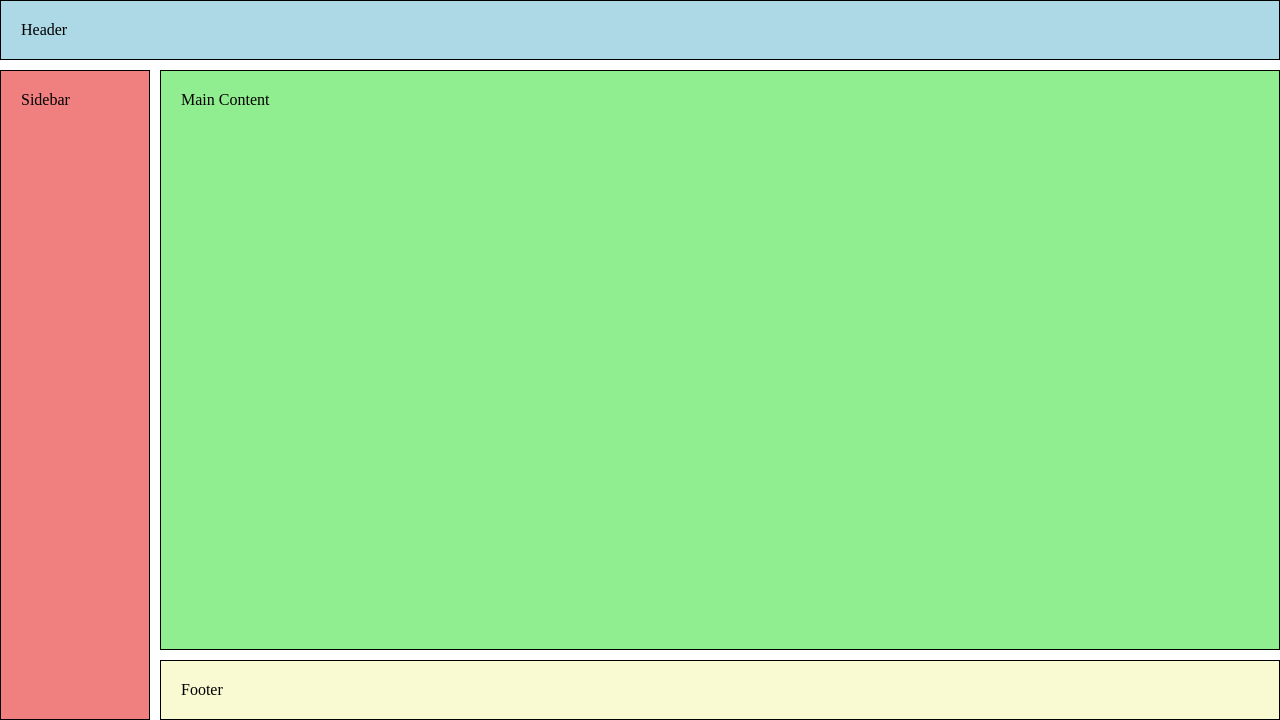
Repository: gustavotwist/desafio-grid
Page: assets/index.html
These files come from the project's save history. The page is drawn as it stood at one moment and after a run of saves; the edit follows.
The browser window is 1280 px wide. The pictures show the whole page.

Above is the page before, as saved 2024-08-13 19:35:19.

### assets/index.html
<!DOCTYPE html>
<html lang="pt-BR">
<head>
    <meta charset="UTF-8">
    <meta name="viewport" content="width=device-width, initial-scale=1.0">
    <title>Desafio Grid</title>
    <link rel="stylesheet" href="css/style.css">
</head>
<body>
    <div class="container">
        <header>Header</header>
        <main class="content">Main Content</main>
        <aside>Sidebar</aside>
        <footer>Footer</footer>
    </div>

</body>
</html>

### assets/css/style.css
html, body {
    height: 100%;
    margin: 0;
}

.container {
    display: grid;
    height: 100%;
    grid-template-columns: 150px 1fr 1fr 1fr;
    grid-template-rows: auto 1fr auto;
    grid-template-areas:
        "header header header header"
        "sidebar main main main"
        "sidebar footer footer footer";
    gap: 10px; /* Espaçamento entre os itens */
}

header {
    grid-area: header;
    background-color: lightblue;
}
aside {
    grid-area: sidebar;
    background-color: lightcoral;
}
main {
    grid-area: main;
    background-color: lightgreen;
}
footer {
    grid-area: footer;
    background-color: lightgoldenrodyellow;
}

/* Estilizações adicionais para melhor visualização */
header, aside, main, footer {
    padding: 20px;
    border: 1px solid #000;
}

.content {
    grid-template-columns: 100px 50px 100px;
    grid-template-rows: 80px auto 80px;
    column-gap: 10px;
    row-gap: 15px;
}

After the next 2 saves:
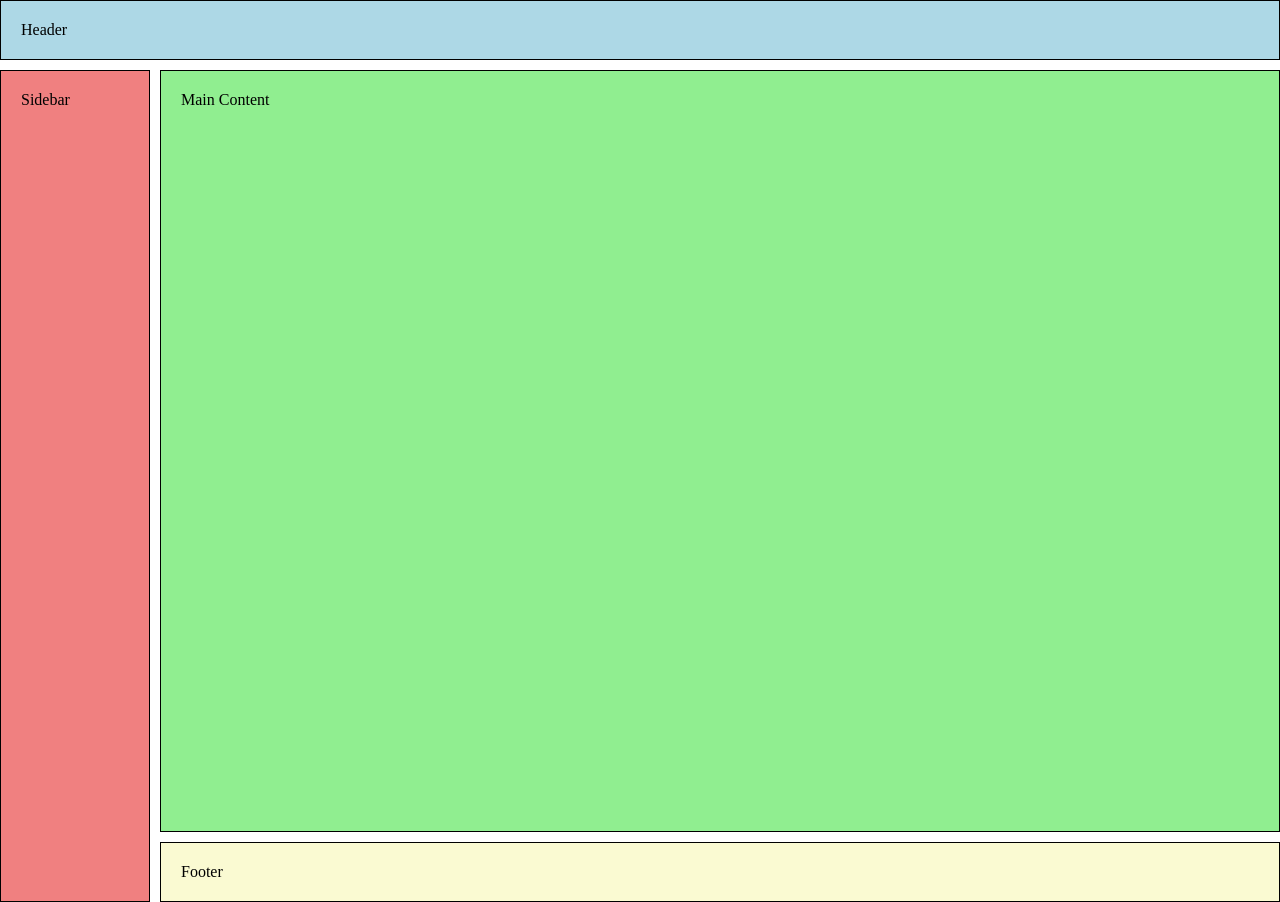
The 2 saves are shown as one change because they came seconds apart.
The last was saved 4 min 4 s later.
--- a/assets/css/style.css
+++ b/assets/css/style.css
@@ -39,8 +39,15 @@
 }
 
 .content {
-    grid-template-columns: 100px 50px 100px;
-    grid-template-rows: 80px auto 80px;
-    column-gap: 10px;
-    row-gap: 15px;
+    display: grid;
+    height: 100vh; /* Usa a altura total da janela de visualização */
+    grid-template-columns: 100px 50px 100px; /* Define as colunas */
+    grid-template-rows: 80px auto 80px; /* Define as linhas */
+    column-gap: 10px; /* Espaçamento entre as colunas */
+    row-gap: 15px; /* Espaçamento entre as linhas */
+    /* Define áreas para melhor visualização */
+    grid-template-areas:
+        "header sidebar content"
+        "main main main"
+        "footer footer footer";
 }
